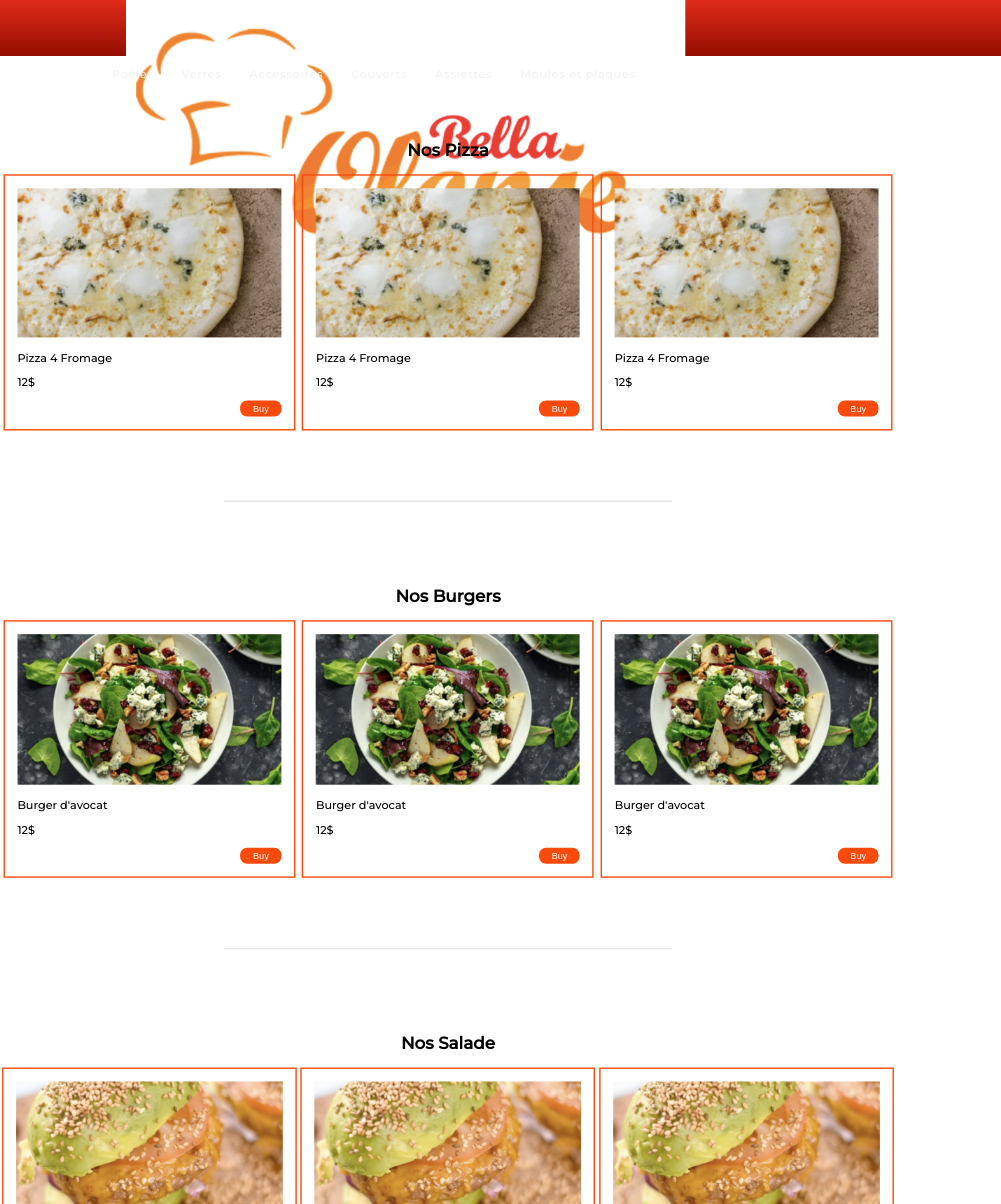
Repository: Ahlam-belhadj/bella-olange
Page: index.html
These files come from the project's save history. The page is drawn as it stood at one moment and after the next save; the edit follows.
The browser window is 1280 px wide. The page is 1430 px wide, so the pictures cover 1430 px, including what lies to the right of the window. The pictures show the part of the page from y = 0 to 1720 px (the page is 2870 px tall), at 70% of full size.

Above is the page before, as saved 2023-02-12 00:13:38.

### index.html
<!DOCTYPE html>
<html lang="en">

<head>
    <meta charset="UTF-8">
    <meta http-equiv="X-UA-Compatible" content="IE=edge">
    <meta name="viewport" content="width=device-width, initial-scale=1.0">
    <script src="https://code.iconify.design/iconify-icon/1.0.3/iconify-icon.min.js"></script>
    <link rel="stylesheet" href="https://cdnjs.cloudflare.com/ajax/libs/font-awesome/6.2.1/css/all.min.css" />
    <link rel="stylesheet" href="style.css">
    <title>Bella olanje</title>
</head>

<body>
        <nav>
            <div class="logo"><img src="image/logo_bella_olonje.png" alt="logo"></div>
            <ul>
                <li><a href="#" class="nav-link">Poêles</a></li>
                <li><a href="#" class="nav-link">Verres</a></li>
                <li><a href="#" class="nav-link">Accessoires</a></li>
                <li><a href="#" class="nav-link">Couverts</a></li>
                <li><a href="#" class="nav-link">Assiettes</a></li>
                <li><a href="#" class="nav-link">Moules et plaques</a></li>
            </ul>
            <div class="icon_navbar">
                <label for="click" class="menu-btn">
                  <i class="fas fa-bars"></i>
                </label>
            </div>
          </nav>
    <main>
        <h2 id="pizza" >Nos Pizza</h2>
        <div class="container-card">
            <div class="border">
                <div class="card-img">
                    <img src="image/fromage.png" alt="">
                </div>
                <div class="card-text">
                    <p>
                        Pizza 4 Fromage
                    </p>
                </div>
                <div class="prix">
                    <p>
                        12$
                    </p>
                </div>
                <div class="button1">
                    <a href="index2.html"><button class="button" type="button">Buy</button></a>
                </div>
            </div>
            <div class="border">
                <div class="card-img">
                    <img src="image/fromage.png" alt="">
                </div>
                <div class="card-text">
                    <p>
                        Pizza 4 Fromage
                    </p>
                </div>
                <div class="prix">
                    <p>
                        12$
                    </p>
                </div>
                <div class="button1">
                    <a href="index2.html"><button class="button" type="button">Buy</button></a>
                </div>
            </div>
            <div class="border">
                <div class="card-img">
                    <img src="image/fromage.png" alt="">
                </div>
                <div class="card-text">
                    <p>
                        Pizza 4 Fromage
                    </p>
                </div>
                <div class="prix">
                    <p>
                        12$
                    </p>
                </div>
                <div class="button1">
                    <a href="index2.html"><button class="button" type="button">Buy</button></a>
                </div>
            </div>
        </div>
        <hr id="burgers">
        <h2>Nos Burgers</h2>
        <div class="container-card">
            <div class="border">
                <div class="card-img">
                    <img src="image/salade.png" alt="">
                </div>
                <div class="card-text">
                    <p>
                        Burger d'avocat
                    </p>
                </div>
                <div class="prix">
                    <p>
                        12$
                    </p>
                </div>
                <div class="button1">
                    <a href="index2.html"><button class="button" type="button">Buy</button></a>
                </div>
            </div>
            <div class="border">
                <div class="card-img">
                    <img src="image/salade.png" alt="">
                </div>
                <div class="card-text">
                    <p>
                        Burger d'avocat
                    </p>
                </div>
                <div class="prix">
                    <p>
                        12$
                    </p>
                </div>
                <div class="button1">
                    <a href="index2.html"><button class="button" type="button">Buy</button></a>
                </div>
            </div>
            <div class="border">
                <div class="card-img">
                    <img src="image/salade.png" alt="">
                </div>
                <div class="card-text">
                    <p>
                        Burger d'avocat
                    </p>
                </div>
                <div class="prix">
                    <p>
                        12$
                    </p>
                </div>
                <div class="button1">
                    <a href="index2.html"><button class="button" type="button">Buy</button></a>
                </div>
            </div>
        </div>
        <hr id="salade">
        <h2>Nos Salade</h2>
        <div class="container-card">
            <div class="border">
                <div class="card-img">
                    <img src="image/burger.png" alt="">
                </div>
                <div class="card-text">
                    <p>
                        Burger d'avocat
                    </p>
                </div>
                <div class="prix">
                    <p>
                        12$
                    </p>
                </div>
                <div class="button1">
                    <a href="index2.html"><button class="button" type="button">Buy</button></a>
                </div>
            </div>
            <div class="border">
                <div class="card-img">
                    <img src="image/burger.png" alt="">
                </div>
                <div class="card-text">
                    <p>
                        Burger d'avocat
                    </p>
                </div>
                <div class="prix">
                    <p>
                        12$
                    </p>
                </div>
                <div class="button1">
                    <a href="index2.html"><button class="button" type="button">Buy</button></a>
                </div>
            </div>
            <div class="border">
                <div class="card-img">
                    <img src="image/burger.png" alt="">
                </div>
                <div class="card-text">
                    <p>
                        Burger d'avocat
                    </p>
                </div>
                <div class="prix">
                    <p>
                        12$
                    </p>
                </div>
                <div class="button1">
                    <a href="index2.html"><button class="button" type="button">Buy</button></a>
                </div>
            </div>
        </div>


        <strong>
            Problem solved
        </strong>


        <p class="texte3">After so many iterations and research covered, through my designs i was able to help <br> customers get
            acquainted
            with the app and order as fast as they can while enjoying the <br>
            process as they doing it.</p>



        <div class="title1">
            <div class="texte">
                <h2>Bonne appétit</h2>
            </div>
        </div>

        <footer class="footer">
            <img class="footer_logo" src="image/logo_bella_olonje.png" alt="logo">
            <div class="social">
                <img src="image/ant-design_twitter-outlined.png" alt="panier">
                <img src="image/ant-design_facebook-filled.png" alt="facebook">
                <img src="image/instagram.png" alt="insta">
            </div>
            <p class="copy">Copyright 2020 BienManger.com</p>
        </footer>
    </main>

</body>

</html>

### style.css
@import url('https://fonts.googleapis.com/css2?family=Montserrat:wght@100;200;500&display=swap');

body {
    font-family: Montserrat, sans-serif;
    margin: auto;
}


.logo {
    height: 80px;
    padding-left: 80px;
}

nav {
    display: flex;
    height: 80px;
    width: 100%;
    background: linear-gradient(#E02B1A, #930D00);
    align-items: center;
    justify-content: space-between;
    padding: 0 50px 0 100px;
    flex-wrap: wrap;
  }

  nav .logo {
    color: #fff;
    font-size: 20px;
    text-transform: uppercase;
    text-decoration: none;
  }

  nav a {
    color: #fff;
    text-decoration: none;
  }

  nav ul {
    display: flex;
    flex-wrap: wrap;
    list-style: none;

  }

  nav ul li {
    margin: 0 5px;
  }

  nav ul li a {
    color: #f2f2f2;
    text-decoration: none;
    font-size: 16px;
    font-weight: 500;
    padding: 8px 15px;
    border-radius: 5px;
    letter-spacing: 1px;
    transition: all 0.3s ease;
  }

  nav .icon_navbar {
    display: flex;
  }



  nav .menu-btn i {
    color: #fff;
    font-size: 22px;
    cursor: pointer;

  }

  input[type="checkbox"] {
    display: none;
  }

  @media (max-width: 1000px) {
    nav {
      padding: 0 40px 0 50px;
    }

    nav .logo {
      color: #fff;
      font-size: 16px;
      text-transform: uppercase;
    }
  }

  @media (max-width: 1250px) {
    nav .menu-btn i {
      display: block;
    }

    #click:checked~.menu-btn i:before {
      content: "\f00d";
    }

    nav ul {
      position: fixed;
      top: 80px;
      right: -100%;
      background: #C81100;
      height: 100vh;
      width: 60%;
      text-align: center;
      display: block;
      transition: all 0.3s ease;
    }

    #click:checked~ul {
      right: 0;
    }

    nav ul li {
      width: 100%;
      margin: 40px 0;
    }

    nav ul li a {
      width: 100%;
      display: block;
      font-size: 20px;
      transition: 0.6s cubic-bezier(0.68, -0.55, 0.265, 1.55);
    }

    #click:checked~ul li a {
      margin-left: 0px;
    }

    nav ul li a.active,
    nav ul li a:hover {
      background: none;
      color: #1E1E1E;
    }
  }

.title {
  background-image: url(image/Rectangle\ 48.png);
  height: 619px;
  background-repeat: no-repeat;
  background-position: center;
  background-size: cover;



}

.texte{
    color: white;
    display: flex;
    align-items: center;
    justify-content: center;
    flex-direction: column;
    text-align: center;
    height: 50%;
}

h2{
    text-align:center;
    padding-top: 100px;
}

.container-card{
    display: flex;
    flex-direction: row;
    justify-content: space-around;
    align-items: center;
    margin-bottom: 100px;

}

.border{
    border: 2px solid #fa4a0c;
    padding: 18px;

}


.button {
    border: 0;
    line-height: 1.8;
    padding: 0 18px;
    font-size: 13px;
    text-align: center;
    color: #fff;
    border-radius: 10px;
    background-color:#FA4A0C;

}


.button1{
    display: flex;
    justify-content: end;

}

.imgf{
    height: 619px;
}

.title1 {
    background-image: url(image/Rectangle\ 47.png);
    height: 516px;
    background-repeat: no-repeat;
    background-position: center;
    background-size: cover;



}

p.texte3 {

    margin-bottom: 100px;
    padding-left: 40px;
}

.footer {
    padding: 0 115px 54px 115px;
    display: flex;
    flex-direction: row;
    justify-content: space-between;
}

.footer_logo {
    padding-top: 17px;
    height: 90px;
}

.social {
    padding-top: 66px;
}

.copy {
    padding-top: 74px;
    font-family: Montserrat;
    font-style: normal;
    font-weight: 700;
    font-size: 12px;
    line-height: 18px;
    letter-spacing: 0.2px;
}


hr {
    width: 50%;
    height: 2px;
    background-color:#E4E4E4;
    border: none;
}

strong {
    padding-left: 40px;

}



@media (max-width:801px) {

    .container-card{
        flex-direction: column;
    }

    .border {
        margin: 20px;
    }


    .footer{
        padding: 0;
    }

    .social {
        padding: 0;
    }

    .nav-menu {
        width: 105%;
    }

}

After the next save:
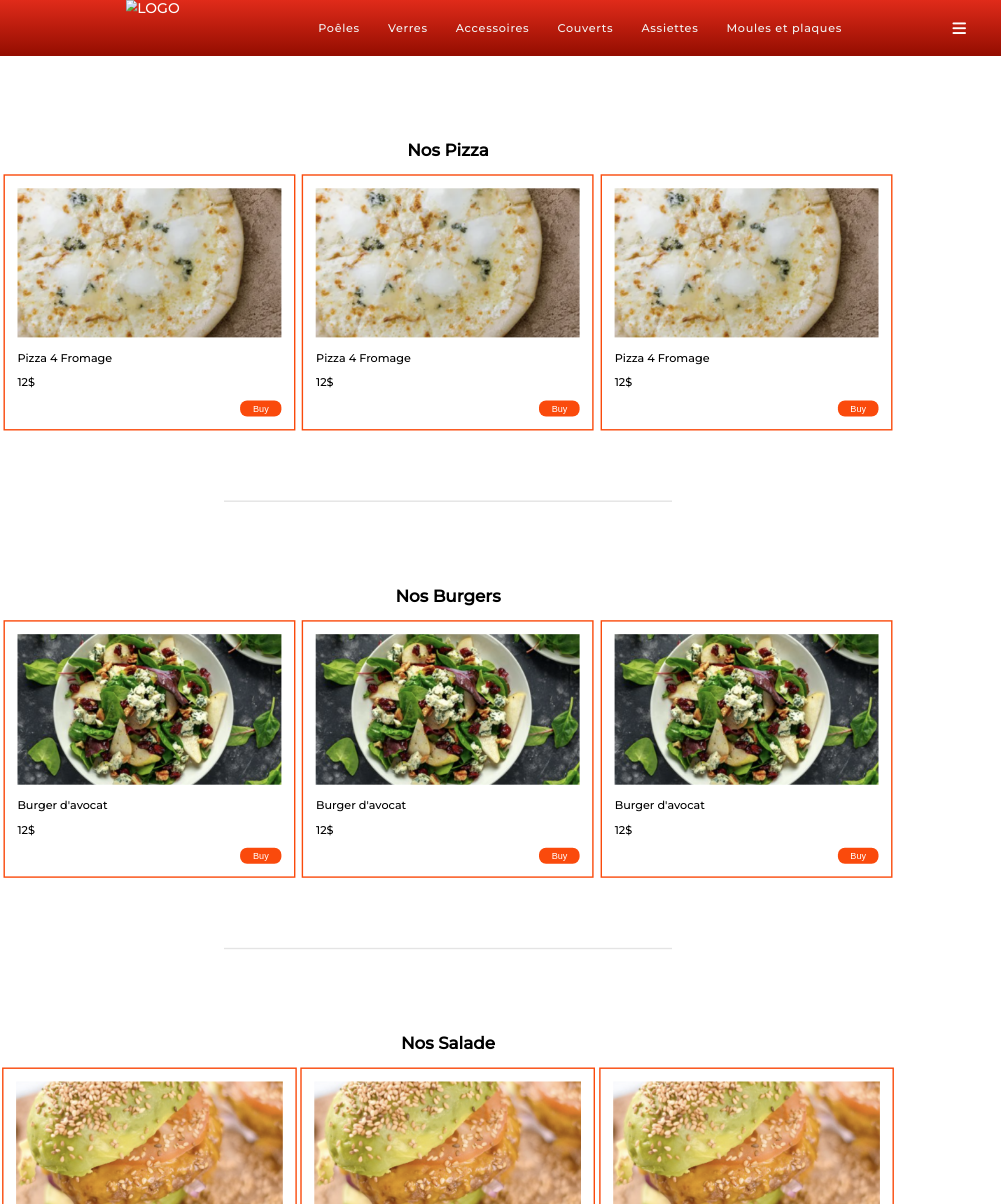
Saved 30 s later.
--- a/index.html
+++ b/index.html
@@ -13,7 +13,7 @@
 
 <body>
         <nav>
-            <div class="logo"><img src="image/logo_bella_olonje.png" alt="logo"></div>
+            <div class="logo"><img classsrc="image/logo_bella_olonje.png" alt="logo"></div>
             <ul>
                 <li><a href="#" class="nav-link">Poêles</a></li>
                 <li><a href="#" class="nav-link">Verres</a></li>
